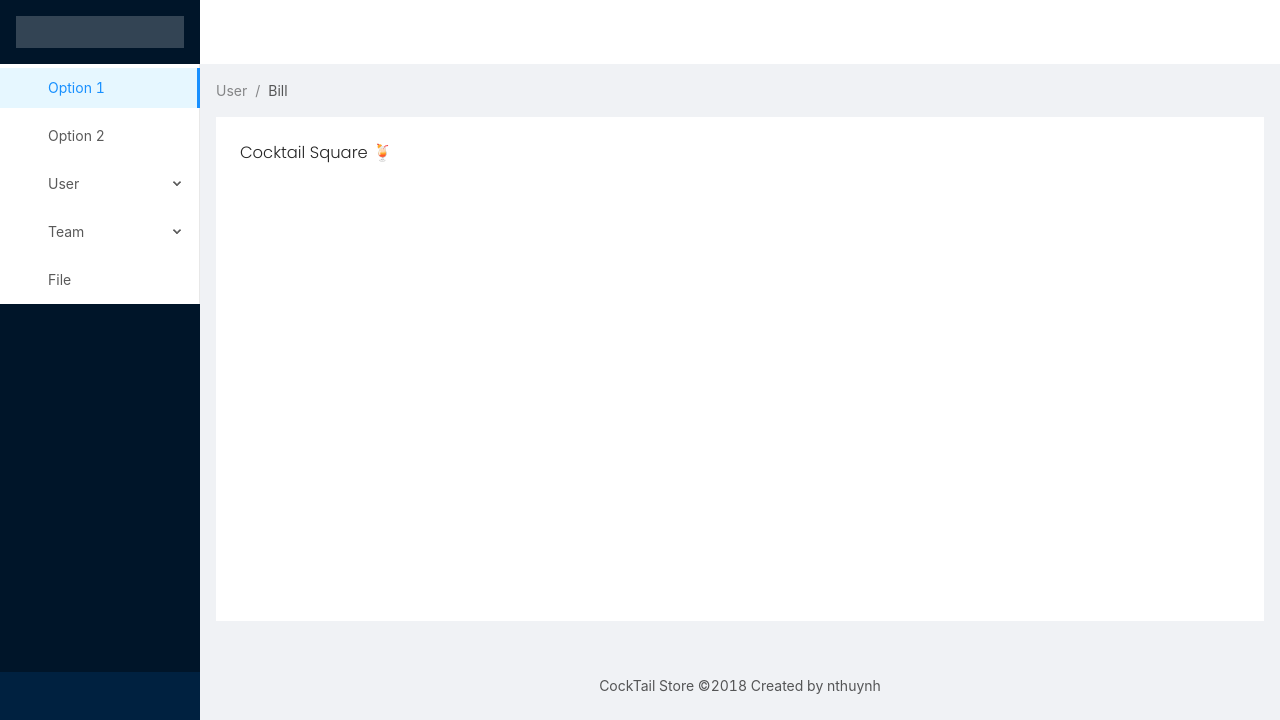
Repository: huynhnt1406/cocktail
Page: /
The author's editor kept a copy of each file at every save. The page is drawn from the files as they stood at one save, then again after the next save.
The browser window is 1280 px wide. The pictures show the whole page.
The page's requests for data from a server got no answer. The project was rebuilt for these pictures with package versions that can differ from the ones it lists, and the page was loaded fresh each time. No one was signed in, and anything a server would have sent is missing.

Above is the page before, as saved 2021-05-06 00:14:46.

After the next save:
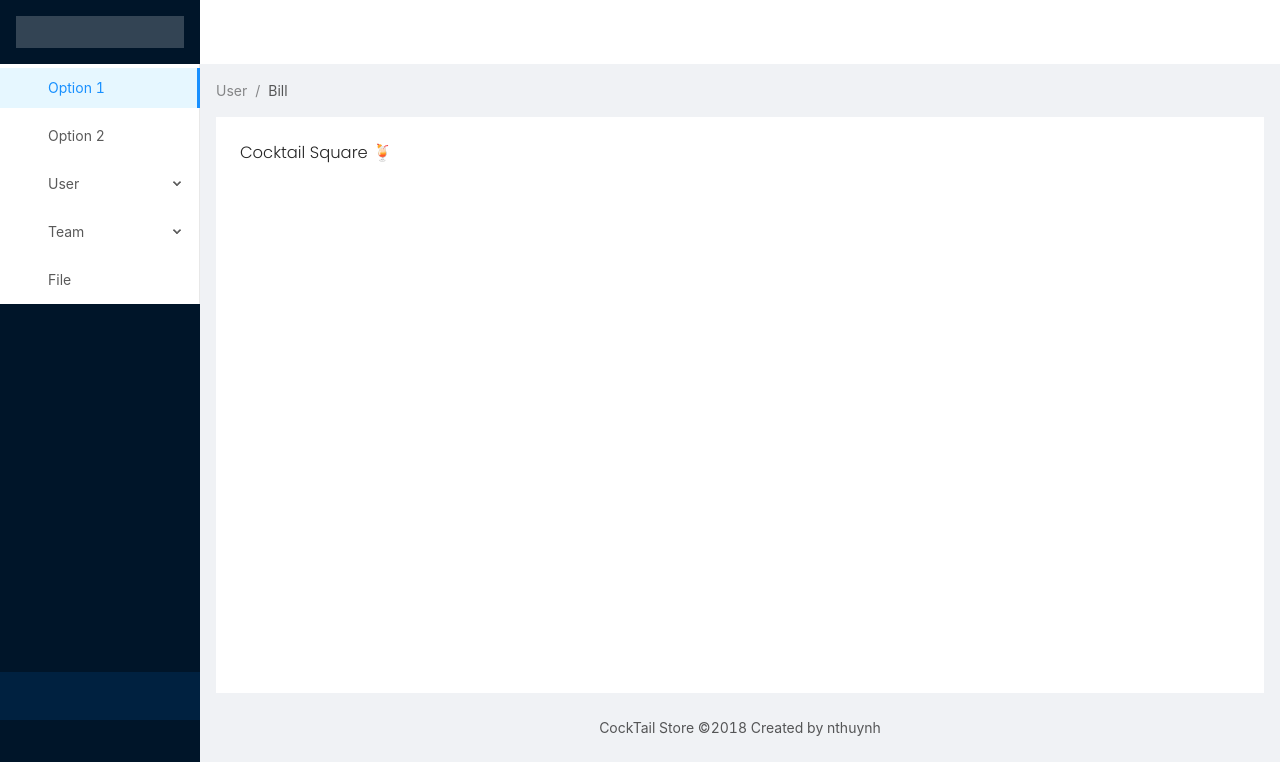
Saved 42 s later.
--- a/src/App.vue
+++ b/src/App.vue
@@ -80,6 +80,6 @@ export default {
 }
 .cocktail-lists{
   overflow-y: scroll;
-  height: 70vh;
+  height: 80vh;
 }
 </style>
